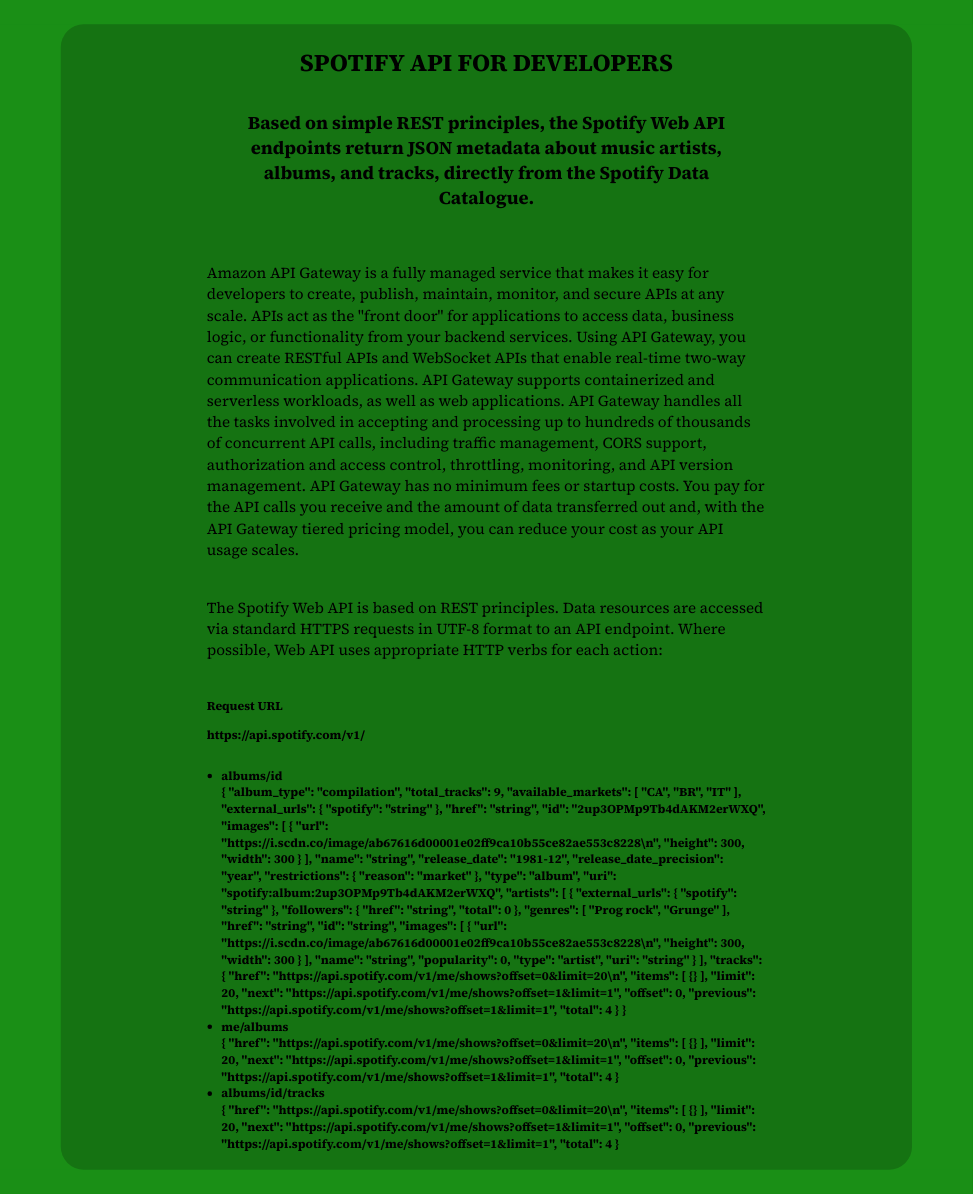
Repository: eliasihai/dizza-html-project
Page: index.html
An editor plug-in stored every save of this project. The page is shown before and after the next save, followed by the edit.
The browser window is 1280 px wide. The pictures show the whole page, at 76% of full size.

Above is the page before, as saved 2022-01-27 23:53:47.

### index.html
<!DOCTYPE html>
<html lang="en">
  <head>
    <meta charset="UTF-8" />
    <meta http-equiv="X-UA-Compatible" content="IE=edge" />
    <meta name="viewport" content="width=device-width, initial-scale=1.0" />
    <link rel="stylesheet" href="style.css" />
    <link rel="preconnect" href="https://fonts.googleapis.com" />
    <link rel="preconnect" href="https://fonts.gstatic.com" crossorigin />
    <link
      href="https://fonts.googleapis.com/css2?family=Source+Serif+4:ital,wght@0,300;0,400;0,500;0,700;1,300;1,700&display=swap"
      rel="stylesheet"
    />
    <title>Spotify API</title>
  </head>
  <body>
    <div class="container">
      <div class="header_container">
        <!-- <div>
          <img
            src="./png-transparent-youtube-logo-youtube-logo-computer-icons-subscribe-angle-rectangle-airplane.png"
            width="150px"
            alt="This is AWS API image"
          />
        </div> -->
        <div class="title_style">
          <h1>SPOTIFY API FOR DEVELOPERS</h1>
          <h2>
            Based on simple REST principles, the Spotify Web API endpoints
            return JSON metadata about music artists, albums, and tracks,
            directly from the Spotify Data Catalogue.
          </h2>
        </div>
      </div>

      <div class="describe_container">
        <div class="describe_text">
          Amazon API Gateway is a fully managed service that makes it easy for
          developers to create, publish, maintain, monitor, and secure APIs at
          any scale. APIs act as the "front door" for applications to access
          data, business logic, or functionality from your backend services.
          Using API Gateway, you can create RESTful APIs and WebSocket APIs that
          enable real-time two-way communication applications. API Gateway
          supports containerized and serverless workloads, as well as web
          applications. API Gateway handles all the tasks involved in accepting
          and processing up to hundreds of thousands of concurrent API calls,
          including traffic management, CORS support, authorization and access
          control, throttling, monitoring, and API version management. API
          Gateway has no minimum fees or startup costs. You pay for the API
          calls you receive and the amount of data transferred out and, with the
          API Gateway tiered pricing model, you can reduce your cost as your API
          usage scales.
        </div>
        <div class="about_request">
          The Spotify Web API is based on REST principles. Data resources are
          accessed via standard HTTPS requests in UTF-8 format to an API
          endpoint. Where possible, Web API uses appropriate HTTP verbs for each
          action:
        </div>
        <div class="list_container">
          <div class="request_p">Request URL</div>
          <p>https://api.spotify.com/v1/</p>
          <ul>
            <div>
              <li>albums/id</li>
              <div>
                { "album_type": "compilation", "total_tracks": 9,
                "available_markets": [ "CA", "BR", "IT" ], "external_urls": {
                "spotify": "string" }, "href": "string", "id":
                "2up3OPMp9Tb4dAKM2erWXQ", "images": [ { "url":
                "https://i.scdn.co/image/ab67616d00001e02ff9ca10b55ce82ae553c8228\n",
                "height": 300, "width": 300 } ], "name": "string",
                "release_date": "1981-12", "release_date_precision": "year",
                "restrictions": { "reason": "market" }, "type": "album", "uri":
                "spotify:album:2up3OPMp9Tb4dAKM2erWXQ", "artists": [ {
                "external_urls": { "spotify": "string" }, "followers": { "href":
                "string", "total": 0 }, "genres": [ "Prog rock", "Grunge" ],
                "href": "string", "id": "string", "images": [ { "url":
                "https://i.scdn.co/image/ab67616d00001e02ff9ca10b55ce82ae553c8228\n",
                "height": 300, "width": 300 } ], "name": "string", "popularity":
                0, "type": "artist", "uri": "string" } ], "tracks": { "href":
                "https://api.spotify.com/v1/me/shows?offset=0&limit=20\n",
                "items": [ {} ], "limit": 20, "next":
                "https://api.spotify.com/v1/me/shows?offset=1&limit=1",
                "offset": 0, "previous":
                "https://api.spotify.com/v1/me/shows?offset=1&limit=1", "total":
                4 } }
              </div>
            </div>
            <div>
              <li>me/albums</li>
              <div>
                { "href":
                "https://api.spotify.com/v1/me/shows?offset=0&limit=20\n",
                "items": [ {} ], "limit": 20, "next":
                "https://api.spotify.com/v1/me/shows?offset=1&limit=1",
                "offset": 0, "previous":
                "https://api.spotify.com/v1/me/shows?offset=1&limit=1", "total":
                4 }
              </div>
            </div>
            <div>
              <li>albums/id/tracks</li>
              <div>
                { "href":
                "https://api.spotify.com/v1/me/shows?offset=0&limit=20\n",
                "items": [ {} ], "limit": 20, "next":
                "https://api.spotify.com/v1/me/shows?offset=1&limit=1",
                "offset": 0, "previous":
                "https://api.spotify.com/v1/me/shows?offset=1&limit=1", "total":
                4 }
              </div>
            </div>
          </ul>
        </div>
      </div>
    </div>
  </body>
</html>

### style.css
body,
html {
  /* height: 100%; */
  margin: 0;
  font-family: "Source Serif 4", sans-serif;
  /* background-image: url("/download.png");
   */
  background-color: rgba(26, 143, 22);
  /* color: rgb(43, 39, 39); */
}
.container {
  height: 80%;
  /* background-position: center; */
  /* background-repeat: no-repeat; */
  /* background-size: cover; */
  padding: 0.4em 10em;
  margin: 2em 5em;
  background-color: rgba(0, 0, 0, 0.2);
  border-radius: 30px;
}
.header_container {
  display: flex;
  flex-direction: column;
}
.title_style {
  display: flex;
  flex-direction: column;
  text-align: center;
}
.title_style h2 {
  padding: 0 3em;
}
.describe_container .about_request,
.describe_container .describe_text {
  margin: 3rem 2rem;
  font-size: 1.25em;
}
/* .describe_text {
  margin: 3rem 2rem;
} */
.list_container {
  display: grid;
  /* align-items: center;
  justify-content: flex-start;
  flex: 50%; */
  font-weight: 600;
  margin: 0.1rem 2rem !important;
}
.list_container ul{
  padding-left: 1.2em !important;
}
.list_container p{
  /*  */
}

After the next save:
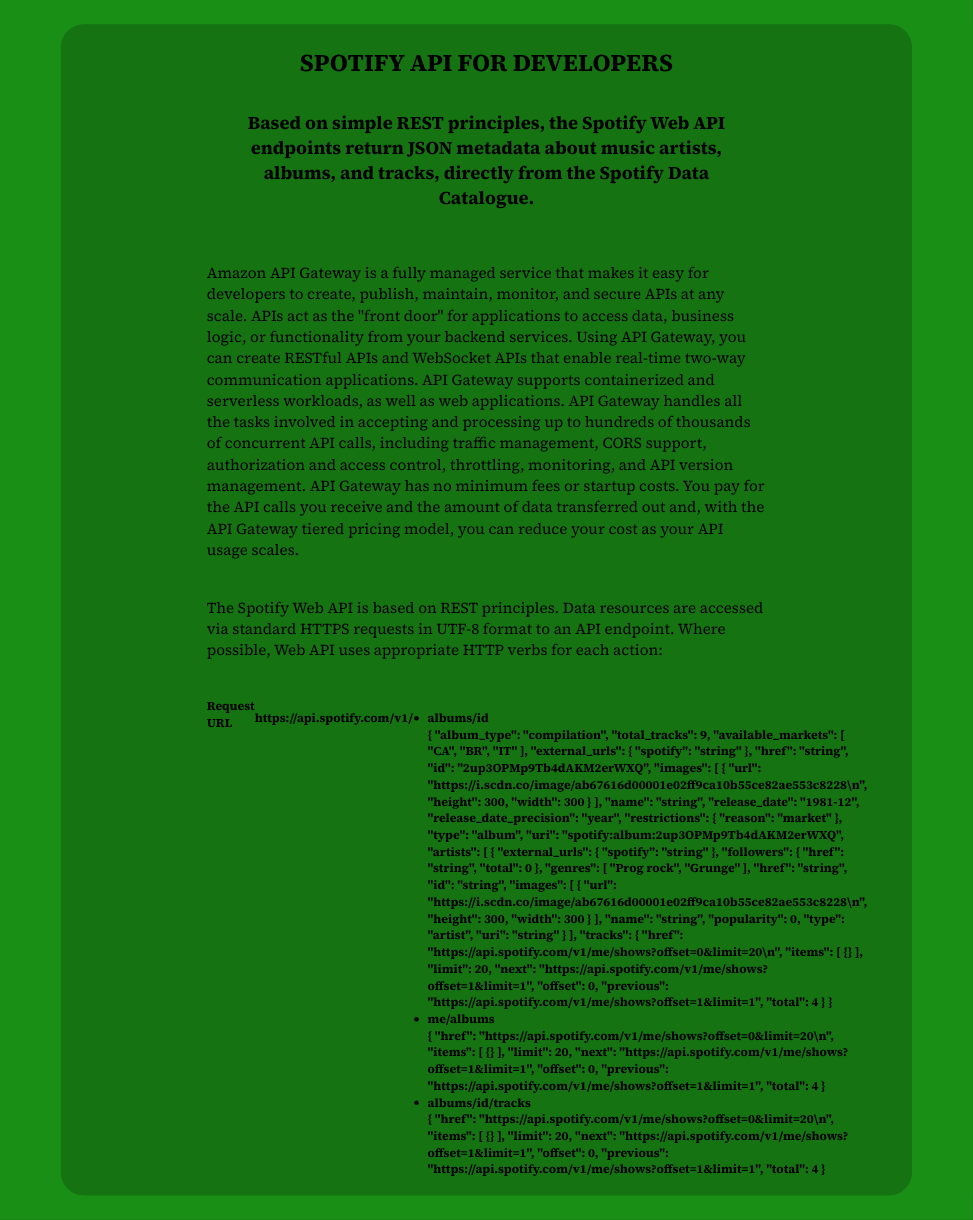
Saved 20 s later.
--- a/style.css
+++ b/style.css
@@ -40,6 +40,7 @@
 } */
 .list_container {
   display: grid;
+  grid-template-columns: auto auto auto;
   /* align-items: center;
   justify-content: flex-start;
   flex: 50%; */
